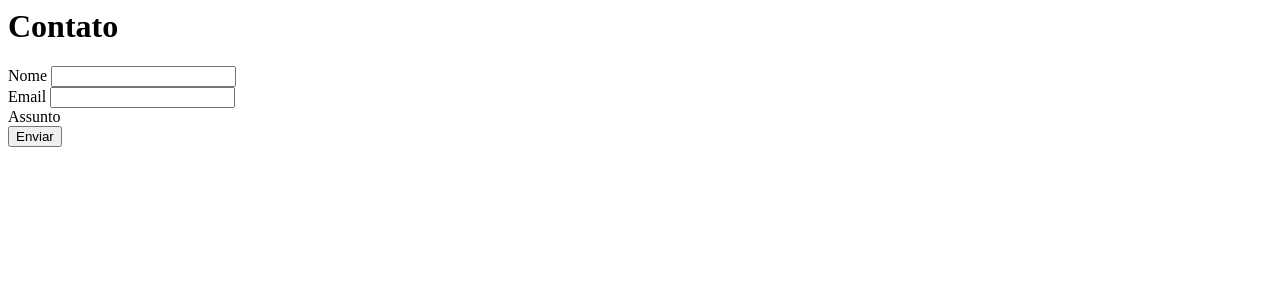
Repository: BrunoCesarAngst/poo
Page: aula04/views/form.html
These files come from the project's save history. The page is drawn as it stood at one moment and after the next save; the edit follows.
The browser window is 1280 px wide. The pictures show the whole page.

Above is the page before, as saved 2020-08-22 19:25:18.

After the next save:
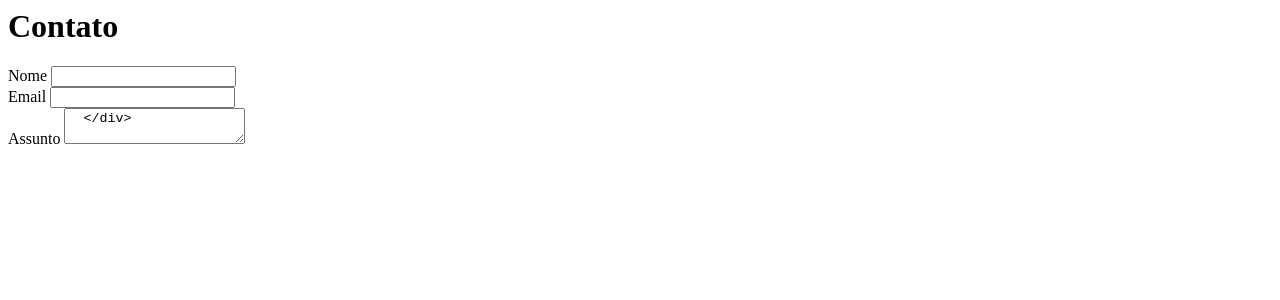
Saved 6 s later.
--- a/aula04/views/form.html
+++ b/aula04/views/form.html
@@ -13,7 +13,7 @@
 
   <div class="form-group">
     <label for="">Assunto</label>
-    <text id="assunto" type="text" class="form-control">
+    <textarea id="assunto" type="text" class="form-control">
   </div>
 
   <button class="btn btn-primary btn-success"type="submit">Enviar</button>
